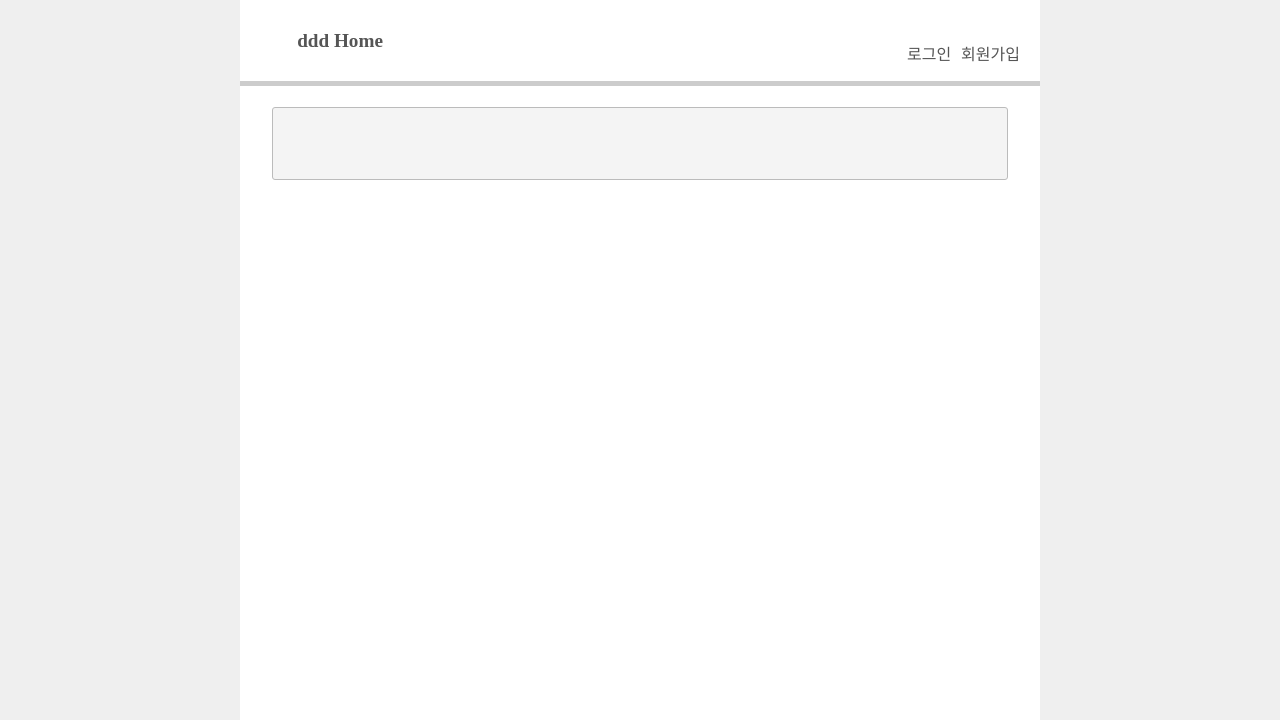
Repository: Deneb0000/JSP
Page: jspPro/src/main/webapp/days01/ex01.html
These files come from the project's save history. The page is drawn as it stood at one moment and after the next save; the edit follows.
The browser window is 1280 px wide. The pictures show the whole page.
Some web fonts or font styles are not loaded; a fallback is used.

Above is the page before, as saved 2024-10-15 02:09:46.

After the next save:
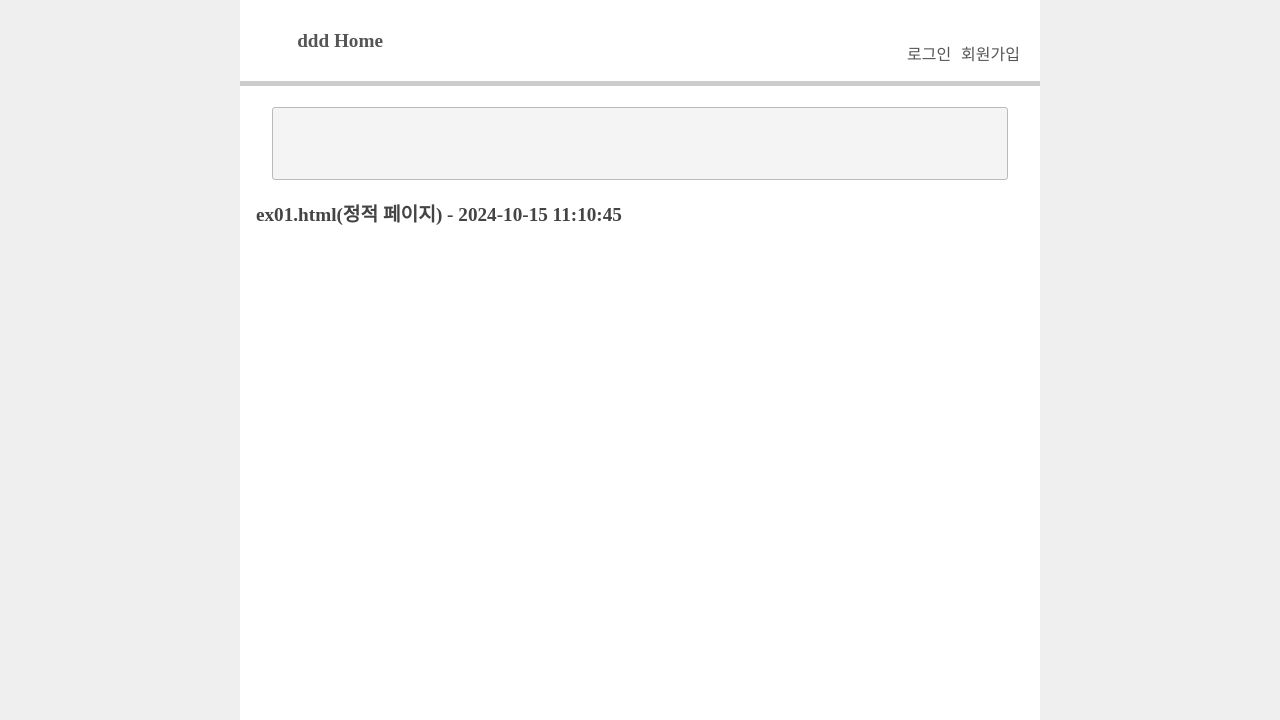
Saved 72 s later.
--- a/jspPro/src/main/webapp/days01/ex01.html
+++ b/jspPro/src/main/webapp/days01/ex01.html
@@ -27,6 +27,7 @@
   <xmp class="code">
 
   </xmp>
+  <h3> ex01.html(정적 페이지) - 2024-10-15 11:10:45</h3>
 </div>
 </body>
 </html>
